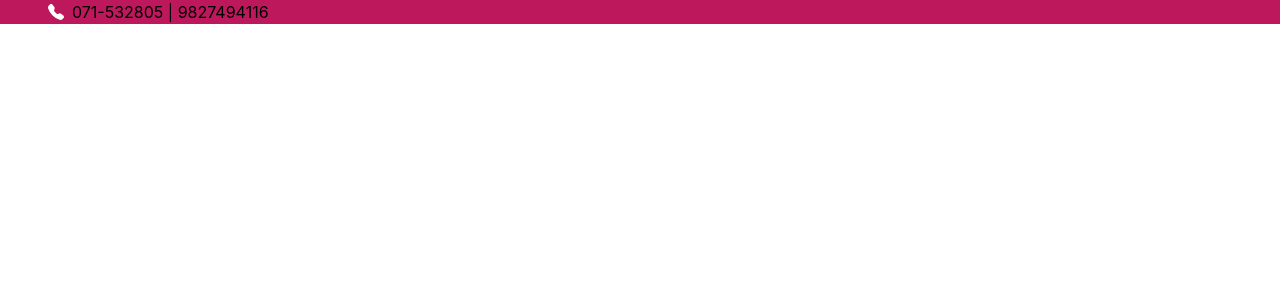
Repository: Sushant203/react-training-
Page: /
An editor plug-in stored every save of this project. The page is shown before and after the next save, followed by the edit.
The browser window is 1280 px wide. The pictures show the whole page.
The project was rebuilt for these pictures with package versions that can differ from the ones it lists, and the page was loaded fresh each time. Also part of the build but not shown: src/App.css.

Above is the page before, as saved 2022-12-15 00:42:59.

### src/App.js

import './App.css';
import UpperNav from './components/UpperNav';

function App() {
  return (
    <div>
      <UpperNav />
    </div>
  );
}

export default App;

### src/components/UpperNav.jsx
import React from "react";
import { BsFillTelephoneFill } from "react-icons/bs";

const UpperNav = () => {
  return (
    <div>
      <div className="bg-pink-700 align-center px-2 j">
        <div className="flex gap-2 items-center mx-10">
          <BsFillTelephoneFill className="text-white" />
          <p>071-532805 | 9827494116</p>
        </div>
      </div>

      <div></div>
    </div>
  );
};

export default UpperNav;

Loaded but not shown: public/index.html (common file); src/index.js (common file); src/index.css (common file); src/reportWebVitals.js (common file); tailwind.config.js (common file)

After the next save:
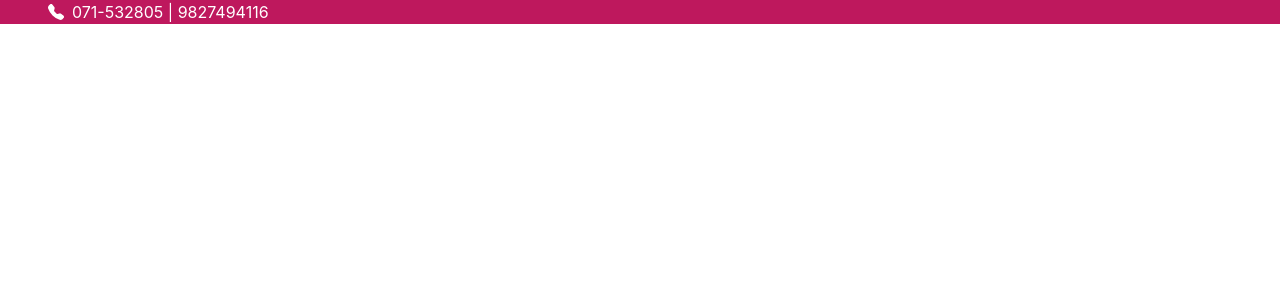
Saved 42 s later.
--- a/src/components/UpperNav.jsx
+++ b/src/components/UpperNav.jsx
@@ -4,7 +4,7 @@ import { BsFillTelephoneFill } from "react-icons/bs";
 const UpperNav = () => {
   return (
     <div>
-      <div className="bg-pink-700 align-center px-2 j">
+      <div className="bg-pink-700 align-center px-2 text-white">
         <div className="flex gap-2 items-center mx-10">
           <BsFillTelephoneFill className="text-white" />
           <p>071-532805 | 9827494116</p>
